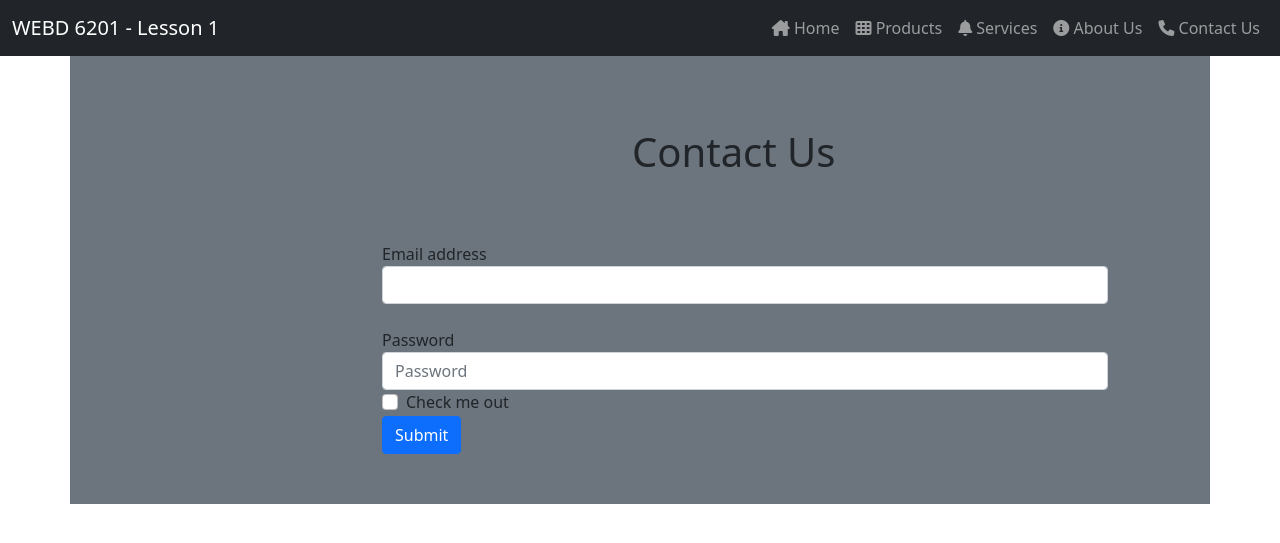
Repository: devanshudave1901/DevanshuDave_AngaranYogeswaranLab2
Page: contact.html
These files come from the project's save history. The page is drawn as it stood at one moment and after the next save; the edit follows.
The browser window is 1280 px wide. The pictures show the whole page.

Above is the page before, as saved 2022-02-10 12:22:35.

### contact.html
<!DOCTYPE html>
<html lang="en">
  <head>
    <meta charset="UTF-8" />
    <meta http-equiv="X-UA-Compatible" content="IE=edge" />
    <meta name="viewport" content="width=device-width, initial-scale=1.0" />
    <title>Contact Us</title>
    <link
      rel="stylesheet"
      href="./node_modules/bootstrap/dist/css/bootstrap.min.css"
    />
    <link
      rel="stylesheet"
      href="./node_modules/@fortawesome/fontawesome-free/css/all.min.css"
    />
    <link rel="stylesheet" href="./Content/app.css" />
  </head>
  <body>
    <nav class="navbar navbar-expand-lg navbar-dark bg-dark">
      <div class="container-fluid">
        <a class="navbar-brand" href="#">WEBD 6201 - Lesson 1</a>
        <button
          class="navbar-toggler"
          type="button"
          data-bs-toggle="collapse"
          data-bs-target="#navbarSupportedContent"
          aria-controls="navbarSupportedContent"
          aria-expanded="false"
          aria-label="Toggle navigation"
        >
          <span class="navbar-toggler-icon"></span>
        </button>
        <div class="collapse navbar-collapse" id="navbarSupportedContent">
          <ul class="navbar-nav ms-auto">
            <li class="nav-item active">
              <a class="nav-link" aria-current="page" href="./index.html"
                ><i class="fa-solid fa-house-chimney"></i> Home</a
              >
            </li>

            <li class="nav-item">
              <a class="nav-link" href="./products.html"
                ><i class="fa-solid fa-th"></i> Products</a
              >
            </li>
            <li class="nav-item">
              <a class="nav-link" href="./services.html"
                ><i class="fa-solid fa-bell"></i> Services</a
              >
            </li>
            <li class="nav-item">
              <a class="nav-link" href="./about.html">
                <i class="fa-solid fa-circle-info"></i> About Us</a
              >
            </li>
            <li class="nav-item">
              <a class="nav-link" href="./contact.html">
                <i class="fa-solid fa-phone"></i> Contact Us</a
              >
            </li>
          </ul>
        </div>
      </div>
    </nav>
    <div class="jumbotron bg-secondary container" id="contentArea">
      <br />
      <br />
      <br />
      <h1 id="contactId">Contact Us</h1>
      <br />
      <br />

      <form id="Contactform">
        <div class="form-group">
          <label for="exampleInputEmail1"> Email address</label>
          <input type="email" class="form-control" id="exampleInputEmail1" />
        </div>
        <br />
        <div class="form-group">
          <label for="exampleInputPassword1">Password</label>
          <input
            type="password"
            class="form-control"
            id="exampleInputPassword1"
            placeholder="Password"
            rows="3"
          />
        </div>
        <div class="form-check">
          <input type="checkbox" class="form-check-input" id="exampleCheck1" />
          <label class="form-check-label" for="exampleCheck1"
            >Check me out</label
          >
        </div>
        <button type="submit" class="btn btn-primary">Submit</button>
      </form>
    </div>
    <!-- 3RD Party Library-->
    <script src="./node_modules/jquery/dist/jquery.min.js"></script>
    <script src="./node_modules/bootstrap/dist/js/bootstrap.min.js"></script>
  </body>
</html>

### Content/app.css
#Contactform {
  padding: 10px 90px 50px 300px;
}

.formInputBox {
  padding-left: 60px;
  margin: 8px 0;
  border: dashed;
  box-sizing: border-box;
}

#contactId {
  padding-left: 550px;
}

Loaded but not shown: node_modules/bootstrap/dist/css/bootstrap.min.css (library); node_modules/@fortawesome/fontawesome-free/css/all.min.css (library); node_modules/jquery/dist/jquery.min.js (library); node_modules/bootstrap/dist/js/bootstrap.min.js (library)

After the next save:
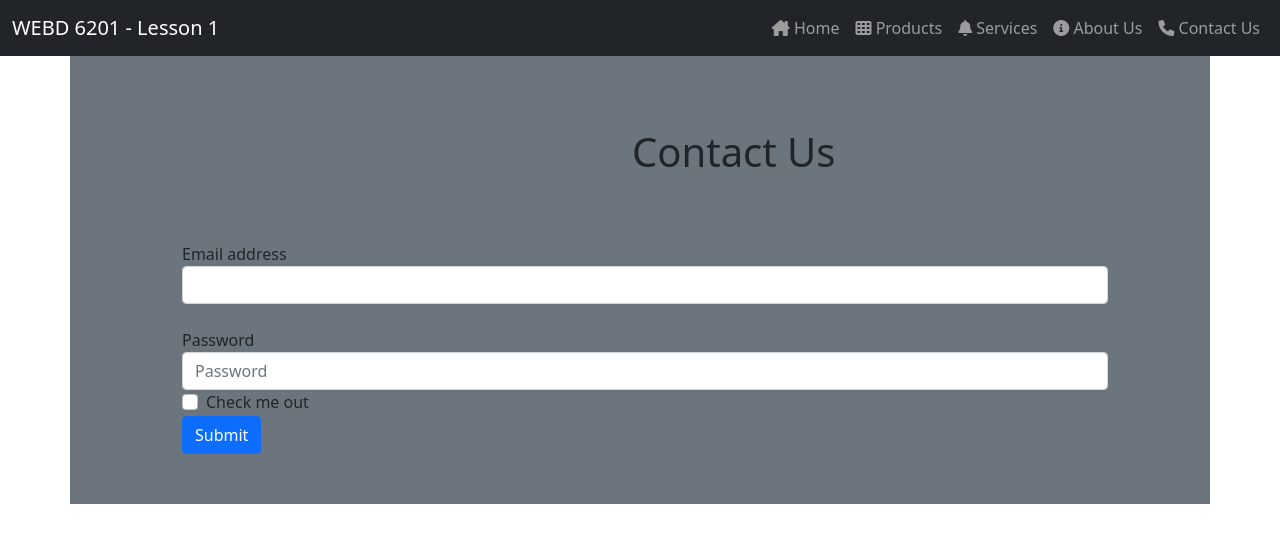
Saved 11 s later.
--- a/Content/app.css
+++ b/Content/app.css
@@ -1,5 +1,5 @@
 #Contactform {
-  padding: 10px 90px 50px 300px;
+  padding: 10px 90px 50px 100px;
 }
 
 .formInputBox {
